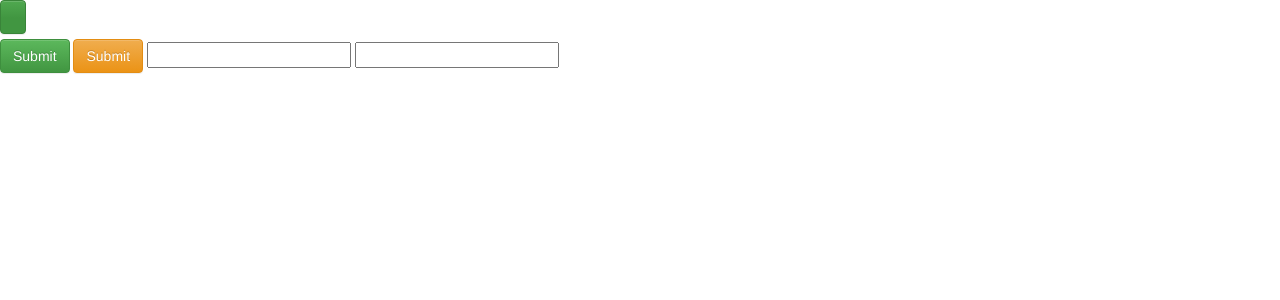
Repository: ManojAndroid/WellcomeToAndroidApp
Page: AddressBook_App/Bootstrap_Project/WebContent/index.html
These files come from the project's save history. The page is drawn as it stood at one moment and after the next save; the edit follows.
The browser window is 1280 px wide. The pictures show the whole page.

Above is the page before, as saved 2017-04-18 11:27:33.
Console error (its wording comes from the project's code and is left out).

After the next save:
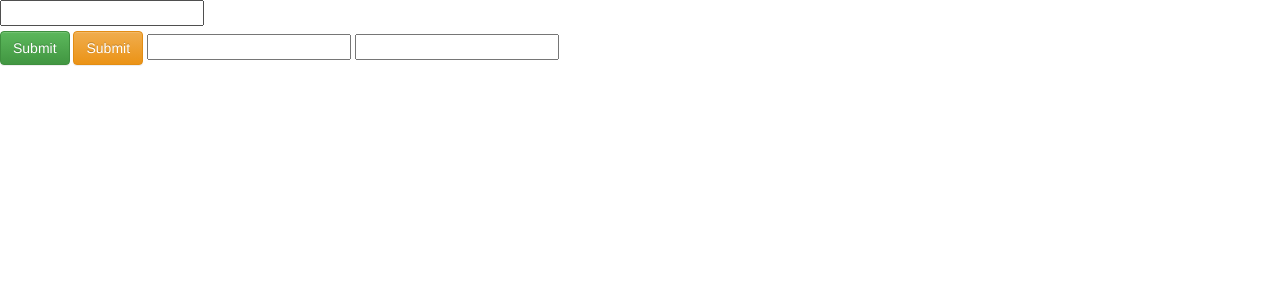
Saved 69 s later.
--- a/AddressBook_App/Bootstrap_Project/WebContent/index.html
+++ b/AddressBook_App/Bootstrap_Project/WebContent/index.html
@@ -19,7 +19,7 @@
 </head>
 <body>
 <form action="">
-<label><input type="button" class="btn btn-success"></label>
+<label><input type="text" ></label>
 <br/>
 <label><input type="submit" class="btn btn-success"></label>
 <label><input type="submit"class="btn btn-warning"></label>
